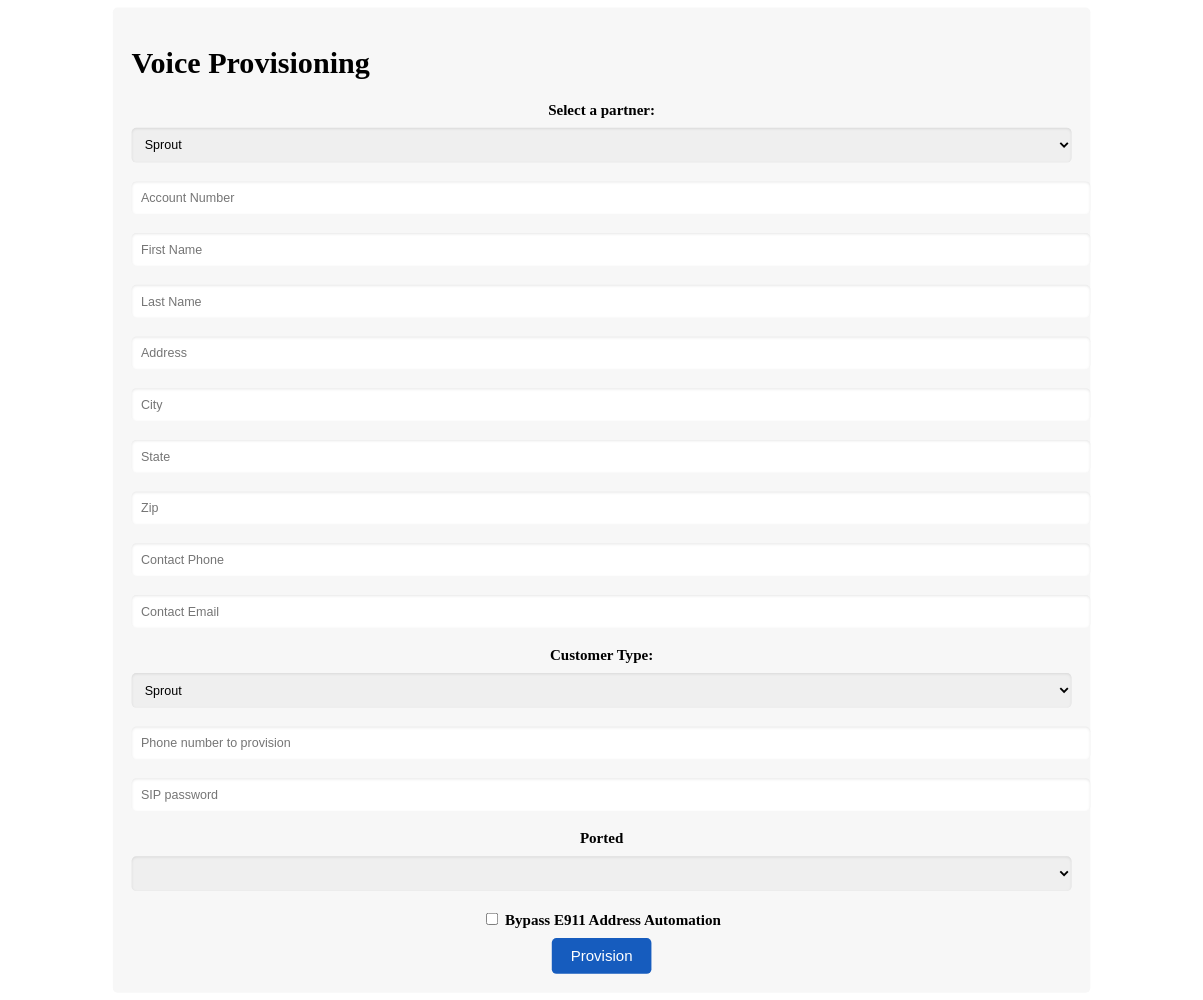
Repository: smallchungus/logiccom
Page: /
These files come from the project's save history. The page is drawn as it stood at one moment and after the next save; the edit follows.
The browser window is 1280 px wide. The pictures show the whole page, at 94% of full size.
The project was rebuilt for these pictures with package versions that can differ from the ones it lists, and the page was loaded fresh each time. Also part of the build but not shown: vite.config.ts.

Above is the page before, as saved 2023-05-04 11:37:24.

After the next save:
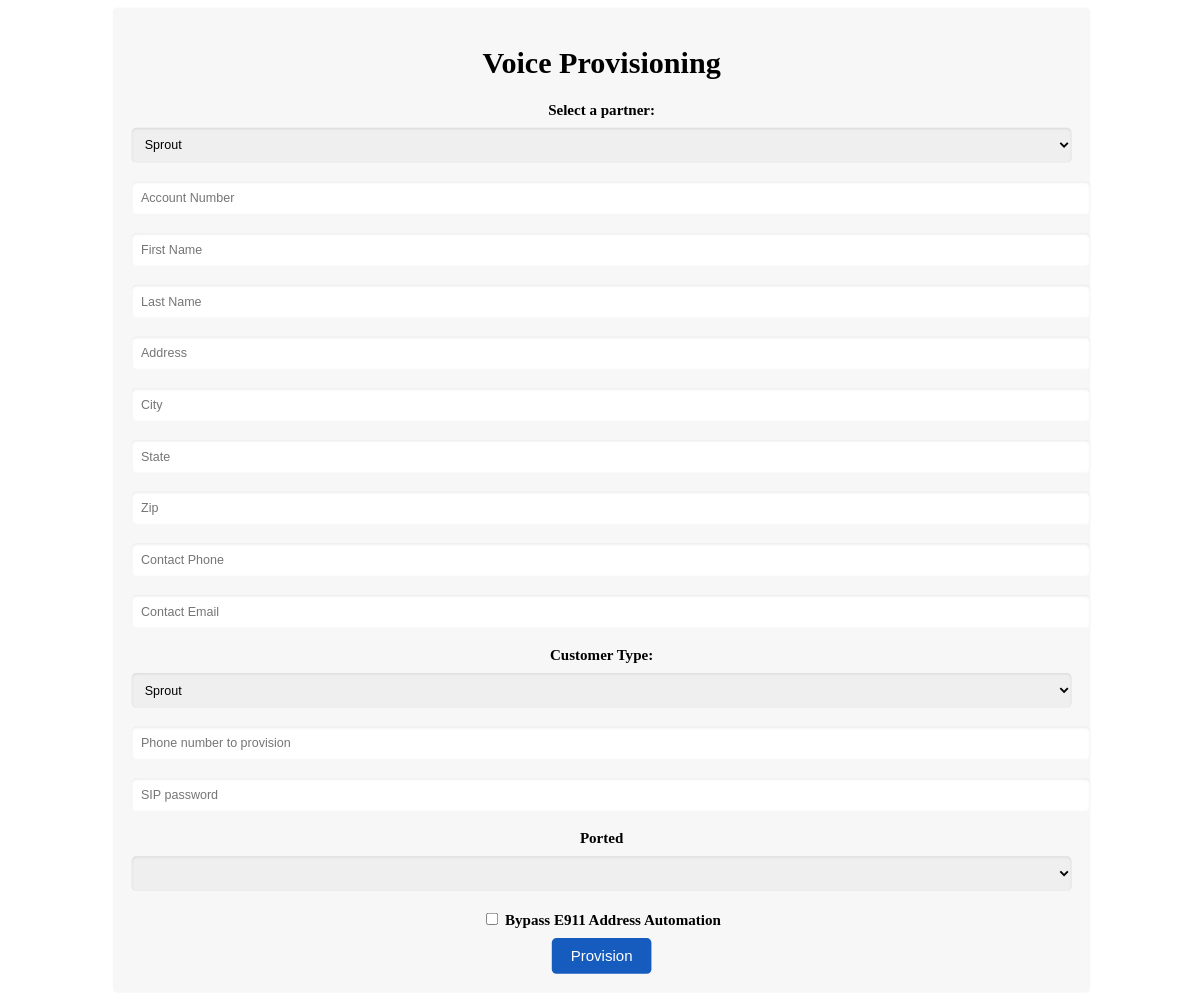
Saved 2 min 53 s later.
--- a/src/styles.css
+++ b/src/styles.css
@@ -1,9 +1,9 @@
 header {
     text-align: center;
-    margin: 0 auto; /* add this to center the header horizontally */
+    margin: 0 auto;
   }
 
-body {
+  body {
     text-align: center;
   }
 
@@ -32,7 +32,6 @@ body {
     box-shadow: inset 0px 1px 3px rgba(0, 0, 0, 0.1);
   }
 
-
   button[type="submit"] {
     background-color: #165cbe;
     color: #fff;
@@ -43,12 +42,10 @@ body {
     cursor: pointer;
   }
 
-@media (min-width: 1024px) {
-  header {
-    display: flex;
-    place-items: center;
-    padding-right: calc(var(--section-gap) / 2);
+  @media (min-width: 1024px) {
+    header {
+      display: flex;
+      justify-content: center;
+      align-items: center;
+    }
   }
-
-
-}
